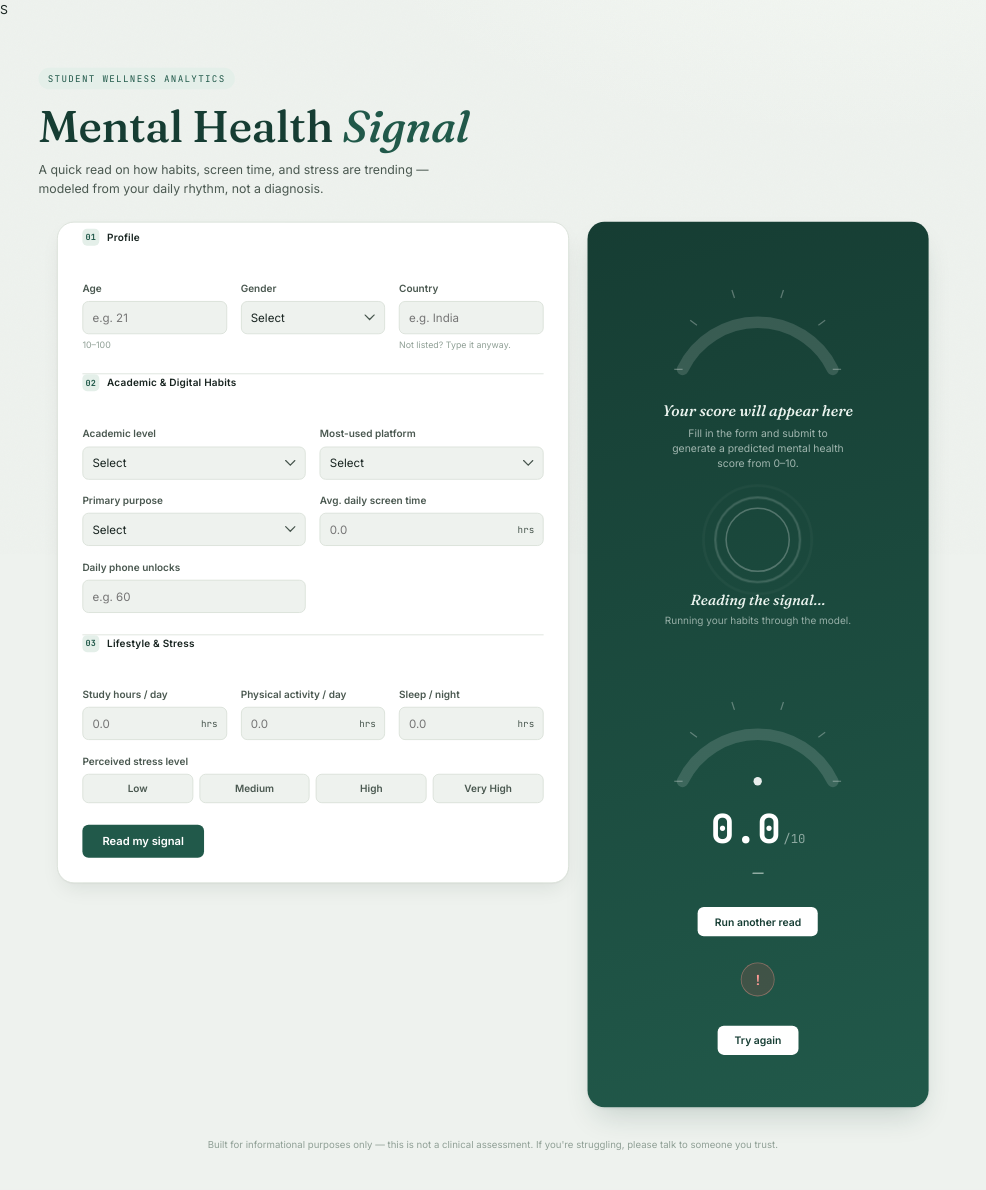
Repository: prashantjinwal/MindMetric
Page: index.html
An editor plug-in stored every save of this project. The page is shown before and after the next save, followed by the edit.
The browser window is 1280 px wide. The pictures show the whole page, at 77% of full size.

Above is the page before, as saved 2026-08-20 19:28:07.

### index.html
<!DOCTYPE html>
<html lang="en">
<head>
<meta charset="UTF-8" />
<meta name="viewport" content="width=device-width, initial-scale=1.0" />
<title>Mental Health Signal — Student Wellness Analytics</title>
<link rel="preconnect" href="https://fonts.googleapis.com">
<link rel="preconnect" href="https://fonts.gstatic.com" crossorigin>
<link href="https://fonts.googleapis.com/css2?family=Fraunces:ital,opsz,wght@0,9..144,400;0,9..144,500;0,9..144,600;1,9..144,500&family=Inter:wght@400;500;600;700&family=JetBrains+Mono:wght@400;500;700&display=swap" rel="stylesheet">
<link rel="stylesheet" href="style.css" />
</head>S
<body>

<div class="noise-overlay" aria-hidden="true"></div>

<header class="site-header">
  <div class="header-inner">
    <span class="eyebrow">Student Wellness Analytics</span>
    <h1 class="title">Mental Health <em>Signal</em></h1>
    <p class="subtitle">A quick read on how habits, screen time, and stress are trending — modeled from your daily rhythm, not a diagnosis.</p>
  </div>
</header>

<main class="layout">

  <!-- FORM PANEL -->
  <section class="panel form-panel" aria-labelledby="form-heading">
    <form id="predict-form" novalidate>

      <fieldset class="group">
        <legend><span class="legend-index">01</span> Profile</legend>
        <div class="grid grid-3">
          <div class="field">
            <label for="age">Age</label>
            <input type="number" id="age" name="age" min="10" max="100" step="1" required placeholder="e.g. 21" />
            <span class="hint">10–100</span>
            <span class="error-msg" data-for="age"></span>
          </div>
          <div class="field">
            <label for="gender">Gender</label>
            <select id="gender" name="gender" required>
              <option value="" disabled selected hidden>Select</option>
              <option value="Male">Male</option>
              <option value="Female">Female</option>
            </select>
            <span class="error-msg" data-for="gender"></span>
          </div>
          <div class="field">
            <label for="country">Country</label>
            <input type="text" id="country" name="country" list="country-list" required placeholder="e.g. India" autocomplete="off" />
            <datalist id="country-list">
              <option value="India"></option>
              <option value="USA"></option>
              <option value="Canada"></option>
              <option value="Australia"></option>
              <option value="UK"></option>
              <option value="Germany"></option>
              <option value="Mexico"></option>
              <option value="Turkey"></option>
              <option value="France"></option>
            </datalist>
            <span class="hint">Not listed? Type it anyway.</span>
            <span class="error-msg" data-for="country"></span>
          </div>
        </div>
      </fieldset>

      <fieldset class="group">
        <legend><span class="legend-index">02</span> Academic &amp; Digital Habits</legend>
        <div class="grid grid-2">
          <div class="field">
            <label for="academic_level">Academic level</label>
            <select id="academic_level" name="academic_level" required>
              <option value="" disabled selected hidden>Select</option>
              <option value="High School">High School</option>
              <option value="Undergraduate">Undergraduate</option>
              <option value="Graduate">Graduate</option>
            </select>
            <span class="error-msg" data-for="academic_level"></span>
          </div>
          <div class="field">
            <label for="most_used_platform">Most-used platform</label>
            <select id="most_used_platform" name="most_used_platform" required>
              <option value="" disabled selected hidden>Select</option>
              <option value="Facebook">Facebook</option>
              <option value="Instagram">Instagram</option>
              <option value="Snapchat">Snapchat</option>
              <option value="Twitter">Twitter</option>
              <option value="YouTube">YouTube</option>
              <option value="TikTok">TikTok</option>
              <option value="LinkedIn">LinkedIn</option>
              <option value="LINE">LINE</option>
              <option value="KakaoTalk">KakaoTalk</option>
              <option value="VKontakte">VKontakte</option>
              <option value="WhatsApp">WhatsApp</option>
              <option value="WeChat">WeChat</option>
            </select>
            <span class="error-msg" data-for="most_used_platform"></span>
          </div>
          <div class="field">
            <label for="purpose_of_use">Primary purpose</label>
            <select id="purpose_of_use" name="purpose_of_use" required>
              <option value="" disabled selected hidden>Select</option>
              <option value="Networking">Networking</option>
              <option value="Education">Education</option>
              <option value="Entertainment">Entertainment</option>
              <option value="News">News</option>
            </select>
            <span class="error-msg" data-for="purpose_of_use"></span>
          </div>
          <div class="field">
            <label for="avg_daily_usage_hours">Avg. daily screen time</label>
            <div class="unit-input">
              <input type="number" id="avg_daily_usage_hours" name="avg_daily_usage_hours" min="0" max="24" step="0.1" required placeholder="0.0" />
              <span class="unit">hrs</span>
            </div>
            <span class="error-msg" data-for="avg_daily_usage_hours"></span>
          </div>
          <div class="field">
            <label for="daily_unlocks">Daily phone unlocks</label>
            <input type="number" id="daily_unlocks" name="daily_unlocks" min="0" step="1" required placeholder="e.g. 60" />
            <span class="error-msg" data-for="daily_unlocks"></span>
          </div>
        </div>
      </fieldset>

      <fieldset class="group">
        <legend><span class="legend-index">03</span> Lifestyle &amp; Stress</legend>
        <div class="grid grid-3">
          <div class="field">
            <label for="study_hours">Study hours / day</label>
            <div class="unit-input">
              <input type="number" id="study_hours" name="study_hours" min="0" max="24" step="0.1" required placeholder="0.0" />
              <span class="unit">hrs</span>
            </div>
            <span class="error-msg" data-for="study_hours"></span>
          </div>
          <div class="field">
            <label for="physical_activity_hours">Physical activity / day</label>
            <div class="unit-input">
              <input type="number" id="physical_activity_hours" name="physical_activity_hours" min="0" max="24" step="0.1" required placeholder="0.0" />
              <span class="unit">hrs</span>
            </div>
            <span class="error-msg" data-for="physical_activity_hours"></span>
          </div>
          <div class="field">
            <label for="sleep_hours_per_night">Sleep / night</label>
            <div class="unit-input">
              <input type="number" id="sleep_hours_per_night" name="sleep_hours_per_night" min="0" max="24" step="0.1" required placeholder="0.0" />
              <span class="unit">hrs</span>
            </div>
            <span class="error-msg" data-for="sleep_hours_per_night"></span>
          </div>
          <div class="field field-span">
            <label for="stress_level">Perceived stress level</label>
            <div class="segmented" id="stress_level_group" data-name="stress_level">
              <button type="button" class="seg-btn" data-value="Low">Low</button>
              <button type="button" class="seg-btn" data-value="Medium">Medium</button>
              <button type="button" class="seg-btn" data-value="High">High</button>
              <button type="button" class="seg-btn" data-value="Very High">Very High</button>
            </div>
            <input type="hidden" id="stress_level" name="stress_level" required />
            <span class="error-msg" data-for="stress_level"></span>
          </div>
        </div>
      </fieldset>

      <div class="form-footer">
        <button type="submit" class="submit-btn" id="submit-btn">
          <span class="btn-label">Read my signal</span>
          <span class="btn-spinner" aria-hidden="true"></span>
        </button>
      </div>
    </form>
  </section>

  <!-- RESULT PANEL -->
  <aside class="panel result-panel" aria-live="polite">
    <div class="result-inner" id="result-inner">

      <div class="state state-idle" id="state-idle">
        <svg class="gauge gauge-idle" viewBox="0 0 240 160" aria-hidden="true">
          <path class="gauge-track" d="M 30 140 A 100 100 0 0 1 210 140" />
          <g class="gauge-ticks"></g>
        </svg>
        <p class="idle-label">Your score will appear here</p>
        <p class="idle-copy">Fill in the form and submit to generate a predicted mental health score from 0–10.</p>
      </div>

      <div class="state state-loading" id="state-loading" hidden>
        <div class="pulse-ring"></div>
        <p class="loading-label">Reading the signal…</p>
        <p class="loading-copy">Running your habits through the model.</p>
      </div>

      <div class="state state-result" id="state-result" hidden>
        <svg class="gauge gauge-result" viewBox="0 0 240 160" aria-hidden="true">
          <defs>
            <linearGradient id="gaugeGradient" x1="0%" y1="0%" x2="100%" y2="0%">
              <stop offset="0%" stop-color="#D9534F"/>
              <stop offset="45%" stop-color="#E3B341"/>
              <stop offset="100%" stop-color="#4C9A78"/>
            </linearGradient>
          </defs>
          <path class="gauge-track" d="M 30 140 A 100 100 0 0 1 210 140" />
          <path class="gauge-fill" id="gauge-fill" d="M 30 140 A 100 100 0 0 1 210 140" />
          <g class="gauge-ticks"></g>
          <circle class="gauge-needle-hub" cx="120" cy="140" r="5" />
        </svg>
        <div class="score-readout">
          <span class="score-number" id="score-number">0.0</span>
          <span class="score-max">/10</span>
        </div>
        <p class="score-band" id="score-band">—</p>
        <p class="score-context" id="score-context"></p>
        <button type="button" class="reset-btn" id="reset-btn">Run another read</button>
      </div>

      <div class="state state-error" id="state-error" hidden>
        <div class="error-icon" aria-hidden="true">!</div>
        <p class="error-copy" id="error-copy"></p>
        <button type="button" class="reset-btn" id="error-retry-btn">Try again</button>
      </div>

    </div>
  </aside>

</main>

<footer class="site-footer">
  <p>Built for informational purposes only — this is not a clinical assessment. If you're struggling, please talk to someone you trust.</p>
</footer>

<script src="script.js"></script>
</body>
</html>

### style.css
/* =========================================================
   TOKENS
   ========================================================= */
:root {
  --ink:        #182420;
  --ink-soft:   #4A5850;
  --paper:      #EEF2EE;
  --paper-deep: #E2E8E1;
  --surface:    #FFFFFF;
  --line:       #D6DED5;

  --pine:       #21594A;
  --pine-deep:  #163D33;
  --pine-tint:  #E4EFE9;

  --amber:      #E3B341;
  --coral:      #D9534F;
  --sage:       #4C9A78;

  --font-display: 'Fraunces', Georgia, serif;
  --font-body:    'Inter', -apple-system, sans-serif;
  --font-mono:    'JetBrains Mono', 'SFMono-Regular', monospace;

  --radius-sm: 8px;
  --radius-md: 14px;
  --radius-lg: 22px;

  --shadow-card: 0 1px 2px rgba(24,36,32,0.04), 0 12px 28px -8px rgba(24,36,32,0.10);
  --shadow-lift: 0 2px 4px rgba(24,36,32,0.06), 0 20px 40px -12px rgba(22,61,51,0.20);
}

* { box-sizing: border-box; }

html { -webkit-font-smoothing: antialiased; }

body {
  margin: 0;
  background:
    radial-gradient(1200px 600px at 85% -10%, #F4F8F3 0%, transparent 55%),
    var(--paper);
  color: var(--ink);
  font-family: var(--font-body);
  line-height: 1.5;
  position: relative;
}

.noise-overlay {
  position: fixed;
  inset: 0;
  pointer-events: none;
  z-index: 0;
  opacity: 0.025;
  background-image: url("data:[embedded picture, 284 characters]");
}

/* =========================================================
   HEADER
   ========================================================= */
.site-header {
  padding: 64px 24px 32px;
  position: relative;
  z-index: 1;
}

.header-inner {
  max-width: 1180px;
  margin: 0 auto;
}

.eyebrow {
  display: inline-block;
  font-family: var(--font-mono);
  font-size: 12px;
  letter-spacing: 0.14em;
  text-transform: uppercase;
  color: var(--pine);
  background: var(--pine-tint);
  padding: 5px 12px;
  border-radius: 100px;
  margin-bottom: 18px;
}

.title {
  font-family: var(--font-display);
  font-weight: 500;
  font-size: clamp(2.4rem, 5vw, 3.6rem);
  line-height: 1.05;
  margin: 0 0 14px;
  letter-spacing: -0.01em;
  color: var(--pine-deep);
}

.title em {
  font-style: italic;
  font-weight: 500;
  color: var(--pine);
}

.subtitle {
  max-width: 560px;
  font-size: 16px;
  color: var(--ink-soft);
  margin: 0;
}

/* =========================================================
   LAYOUT
   ========================================================= */
.layout {
  max-width: 1180px;
  margin: 0 auto;
  padding: 0 24px 40px;
  display: grid;
  grid-template-columns: 1.5fr 1fr;
  gap: 24px;
  align-items: start;
  position: relative;
  z-index: 1;
}

.panel {
  background: var(--surface);
  border-radius: var(--radius-lg);
  border: 1px solid var(--line);
  box-shadow: var(--shadow-card);
}

.form-panel { padding: 8px 32px 32px; }

.result-panel {
  position: sticky;
  top: 24px;
  min-height: 520px;
  background: linear-gradient(165deg, var(--pine-deep) 0%, var(--pine) 100%);
  border: none;
  box-shadow: var(--shadow-lift);
  display: flex;
  color: #EAF3EE;
}

/* =========================================================
   FORM
   ========================================================= */
fieldset.group {
  border: none;
  margin: 0;
  padding: 28px 0;
  border-bottom: 1px solid var(--line);
}
fieldset.group:last-of-type { border-bottom: none; padding-bottom: 8px; }

legend {
  font-family: var(--font-body);
  font-weight: 600;
  font-size: 13px;
  letter-spacing: 0.02em;
  color: var(--ink);
  display: flex;
  align-items: center;
  gap: 10px;
  padding: 0;
  margin-bottom: 18px;
}

.legend-index {
  font-family: var(--font-mono);
  font-size: 11px;
  color: var(--pine);
  background: var(--pine-tint);
  width: 22px;
  height: 22px;
  border-radius: 6px;
  display: inline-flex;
  align-items: center;
  justify-content: center;
}

.grid {
  display: grid;
  gap: 18px;
}
.grid-2 { grid-template-columns: repeat(2, 1fr); }
.grid-3 { grid-template-columns: repeat(3, 1fr); }

.field { display: flex; flex-direction: column; gap: 6px; position: relative; }
.field-span { grid-column: 1 / -1; }

label {
  font-size: 13px;
  font-weight: 600;
  color: var(--ink-soft);
}

input[type="text"],
input[type="number"],
select {
  font-family: var(--font-body);
  font-size: 15px;
  color: var(--ink);
  background: var(--paper);
  border: 1.5px solid var(--line);
  border-radius: var(--radius-sm);
  padding: 11px 12px;
  width: 100%;
  transition: border-color 0.15s ease, background 0.15s ease, box-shadow 0.15s ease;
  appearance: none;
}

select {
  background-image: url("data:[embedded picture, 196 characters]");
  background-repeat: no-repeat;
  background-position: right 12px center;
  padding-right: 34px;
  cursor: pointer;
}

input:hover, select:hover { border-color: #B9C6B7; }

input:focus, select:focus {
  outline: none;
  border-color: var(--pine);
  background: var(--surface);
  box-shadow: 0 0 0 3px var(--pine-tint);
}

input:invalid:not(:placeholder-shown):not(:focus) {
  border-color: var(--coral);
}

.field.field-error input,
.field.field-error select {
  border-color: var(--coral);
  background: #FBEEEE;
}

.unit-input { position: relative; }
.unit-input input { padding-right: 44px; }
.unit-input .unit {
  position: absolute;
  right: 12px;
  top: 50%;
  transform: translateY(-50%);
  font-family: var(--font-mono);
  font-size: 12px;
  color: var(--ink-soft);
  pointer-events: none;
}

.hint {
  font-size: 11.5px;
  color: #90A096;
}

.error-msg {
  font-size: 12px;
  color: var(--coral);
  min-height: 0;
  display: none;
}
.field.field-error .error-msg { display: block; }

/* segmented control for stress level */
.segmented {
  display: grid;
  grid-template-columns: repeat(4, 1fr);
  gap: 8px;
}

.seg-btn {
  font-family: var(--font-body);
  font-size: 13px;
  font-weight: 600;
  color: var(--ink-soft);
  background: var(--paper);
  border: 1.5px solid var(--line);
  border-radius: var(--radius-sm);
  padding: 10px 8px;
  cursor: pointer;
  transition: all 0.15s ease;
}
.seg-btn:hover { border-color: #B9C6B7; color: var(--ink); }
.seg-btn.active {
  background: var(--pine);
  border-color: var(--pine);
  color: #fff;
}
.seg-btn[data-value="Very High"].active { background: var(--coral); border-color: var(--coral); }
.seg-btn[data-value="High"].active { background: #C97C3B; border-color: #C97C3B; }

/* footer / submit */
.form-footer {
  display: flex;
  align-items: center;
  justify-content: space-between;
  gap: 16px;
  padding-top: 20px;
}

.api-note {
  font-family: var(--font-mono);
  font-size: 11.5px;
  color: #90A096;
  margin: 0;
}
.api-note code {
  background: var(--paper-deep);
  padding: 2px 5px;
  border-radius: 4px;
}

.submit-btn {
  position: relative;
  font-family: var(--font-body);
  font-weight: 600;
  font-size: 14.5px;
  color: #fff;
  background: var(--pine);
  border: none;
  border-radius: var(--radius-sm);
  padding: 13px 26px;
  cursor: pointer;
  display: inline-flex;
  align-items: center;
  gap: 10px;
  transition: background 0.15s ease, transform 0.1s ease;
  white-space: nowrap;
}
.submit-btn:hover { background: var(--pine-deep); }
.submit-btn:active { transform: scale(0.98); }
.submit-btn:disabled { opacity: 0.75; cursor: progress; }

.btn-spinner {
  display: none;
  width: 14px;
  height: 14px;
  border-radius: 50%;
  border: 2px solid rgba(255,255,255,0.35);
  border-top-color: #fff;
  animation: spin 0.7s linear infinite;
}
.submit-btn.loading .btn-label { opacity: 0.85; }
.submit-btn.loading .btn-spinner { display: inline-block; }

@keyframes spin { to { transform: rotate(360deg); } }

/* =========================================================
   RESULT PANEL
   ========================================================= */
.result-inner {
  width: 100%;
  padding: 40px 32px;
  display: flex;
  flex-direction: column;
  align-items: center;
  text-align: center;
  gap: 6px;
}

.state { width: 100%; display: flex; flex-direction: column; align-items: center; }

/* gauge */
.gauge { width: 100%; max-width: 260px; overflow: visible; margin-bottom: 8px; }
.gauge-track {
  fill: none;
  stroke: rgba(255,255,255,0.14);
  stroke-width: 14;
  stroke-linecap: round;
}
.gauge-fill {
  fill: none;
  stroke: url(#gaugeGradient);
  stroke-width: 14;
  stroke-linecap: round;
  stroke-dasharray: 314;
  stroke-dashoffset: 314;
  transition: stroke-dashoffset 1.1s cubic-bezier(0.22, 1, 0.36, 1);
}
.gauge-needle-hub { fill: #fff; opacity: 0.9; }
.gauge-ticks line { stroke: rgba(255,255,255,0.3); stroke-width: 1.5; }

.idle-label {
  font-family: var(--font-display);
  font-size: 20px;
  font-style: italic;
  color: #EAF3EE;
  margin: 8px 0 4px;
}
.idle-copy {
  font-size: 13.5px;
  color: rgba(234,243,238,0.65);
  max-width: 230px;
  margin: 0;
}

/* loading */
.state-loading { padding: 40px 0; }
.pulse-ring {
  width: 84px;
  height: 84px;
  border-radius: 50%;
  border: 2px solid rgba(255,255,255,0.25);
  position: relative;
  margin-bottom: 22px;
}
.pulse-ring::before, .pulse-ring::after {
  content: "";
  position: absolute;
  inset: 0;
  border-radius: 50%;
  border: 2px solid rgba(234,243,238,0.55);
  animation: pulse-out 1.8s ease-out infinite;
}
.pulse-ring::after { animation-delay: 0.6s; }
@keyframes pulse-out {
  0% { transform: scale(0.6); opacity: 0.9; }
  100% { transform: scale(1.9); opacity: 0; }
}
.loading-label {
  font-family: var(--font-display);
  font-style: italic;
  font-size: 19px;
  margin: 0 0 4px;
}
.loading-copy { font-size: 13px; color: rgba(234,243,238,0.6); margin: 0; }

/* result */
.score-readout {
  display: flex;
  align-items: baseline;
  gap: 4px;
  margin-top: -6px;
}
.score-number {
  font-family: var(--font-mono);
  font-weight: 700;
  font-size: 52px;
  color: #fff;
  letter-spacing: -0.02em;
}
.score-max { font-family: var(--font-mono); font-size: 16px; color: rgba(234,243,238,0.55); }

.score-band {
  font-family: var(--font-display);
  font-style: italic;
  font-size: 19px;
  margin: 2px 0 10px;
}
.score-context {
  font-size: 13px;
  color: rgba(234,243,238,0.7);
  max-width: 250px;
  margin: 0 0 22px;
}

.reset-btn {
  font-family: var(--font-body);
  font-weight: 600;
  font-size: 13.5px;
  color: var(--pine-deep);
  background: #fff;
  border: none;
  border-radius: var(--radius-sm);
  padding: 11px 22px;
  cursor: pointer;
  transition: transform 0.1s ease, box-shadow 0.15s ease;
}
.reset-btn:hover { box-shadow: 0 6px 16px rgba(0,0,0,0.18); }
.reset-btn:active { transform: scale(0.98); }

/* error state */
.state-error { padding: 28px 0; }
.error-icon {
  width: 44px;
  height: 44px;
  border-radius: 50%;
  background: rgba(217,83,79,0.18);
  color: #FF9B95;
  border: 1.5px solid rgba(255,155,149,0.4);
  display: flex;
  align-items: center;
  justify-content: center;
  font-family: var(--font-mono);
  font-weight: 700;
  font-size: 18px;
  margin-bottom: 16px;
}
.error-label {
  font-family: var(--font-display);
  font-style: italic;
  font-size: 19px;
  margin: 0 0 6px;
}
.error-copy {
  font-size: 13px;
  color: rgba(234,243,238,0.7);
  max-width: 250px;
  margin: 0 0 22px;
}

/* =========================================================
   FOOTER
   ========================================================= */
.site-footer {
  max-width: 1180px;
  margin: 0 auto;
  padding: 0 24px 48px;
  position: relative;
  z-index: 1;
}
.site-footer p {
  font-size: 12.5px;
  color: #90A096;
  text-align: center;
  margin: 0;
}

/* =========================================================
   RESPONSIVE
   ========================================================= */
@media (max-width: 920px) {
  .layout { grid-template-columns: 1fr; }
  .result-panel { position: static; min-height: 420px; }
  .grid-3 { grid-template-columns: repeat(2, 1fr); }
}

@media (max-width: 560px) {
  .site-header { padding: 44px 16px 24px; }
  .layout { padding: 0 16px 32px; gap: 16px; }
  .form-panel { padding: 4px 20px 24px; }
  .grid-2, .grid-3 { grid-template-columns: 1fr; }
  .segmented { grid-template-columns: repeat(2, 1fr); }
  .form-footer { flex-direction: column; align-items: stretch; gap: 14px; }
  .submit-btn { justify-content: center; }
  .api-note { text-align: center; }
}

@media (prefers-reduced-motion: reduce) {
  * { animation-duration: 0.001ms !important; transition-duration: 0.001ms !important; }
}

Loaded but not shown: script.js (304 lines, source omitted)

After the next save:
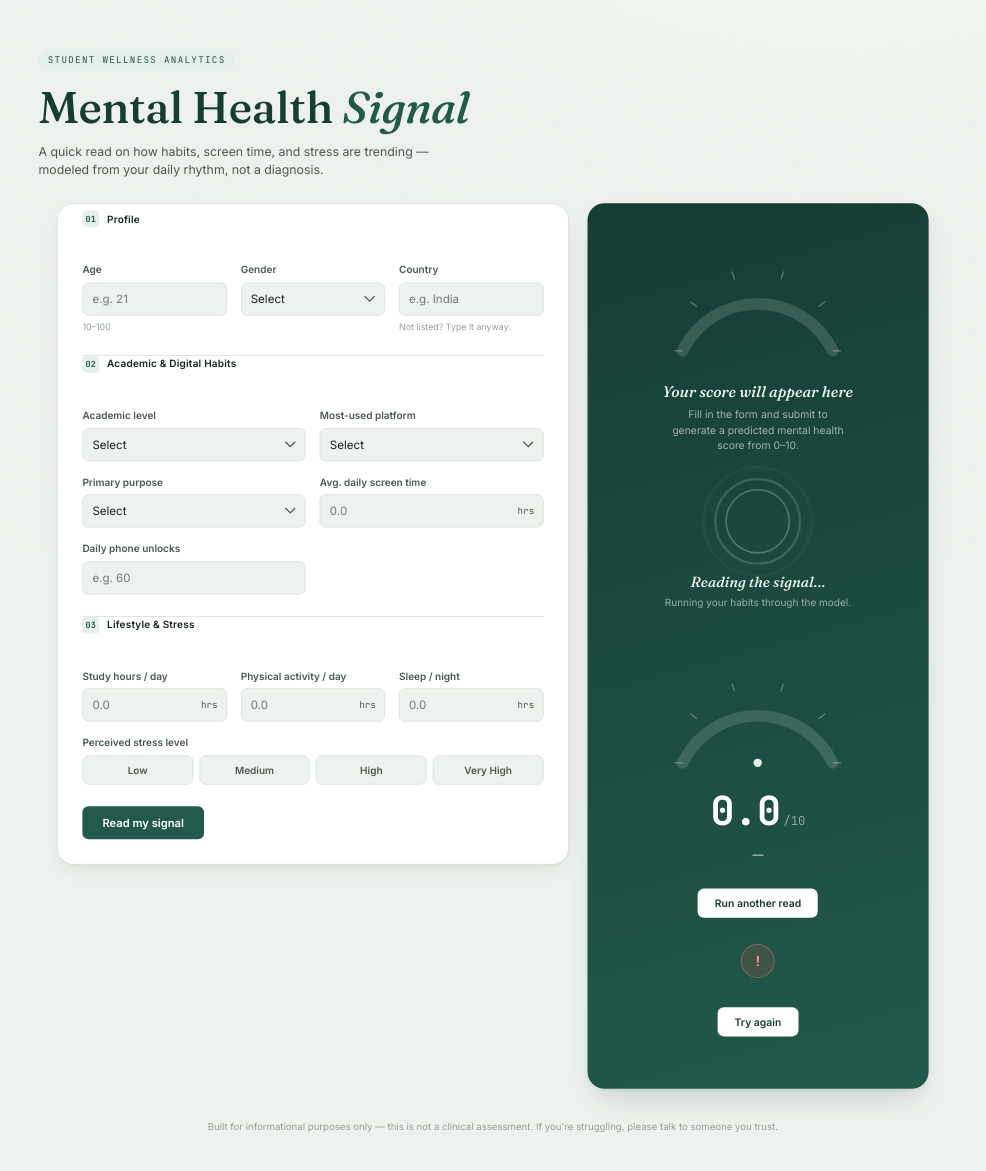
Saved 6 min 46 s later.
--- a/index.html
+++ b/index.html
@@ -8,7 +8,7 @@
 <link rel="preconnect" href="https://fonts.gstatic.com" crossorigin>
 <link href="https://fonts.googleapis.com/css2?family=Fraunces:ital,opsz,wght@0,9..144,400;0,9..144,500;0,9..144,600;1,9..144,500&family=Inter:wght@400;500;600;700&family=JetBrains+Mono:wght@400;500;700&display=swap" rel="stylesheet">
 <link rel="stylesheet" href="style.css" />
-</head>S
+</head>
 <body>
 
 <div class="noise-overlay" aria-hidden="true"></div>
